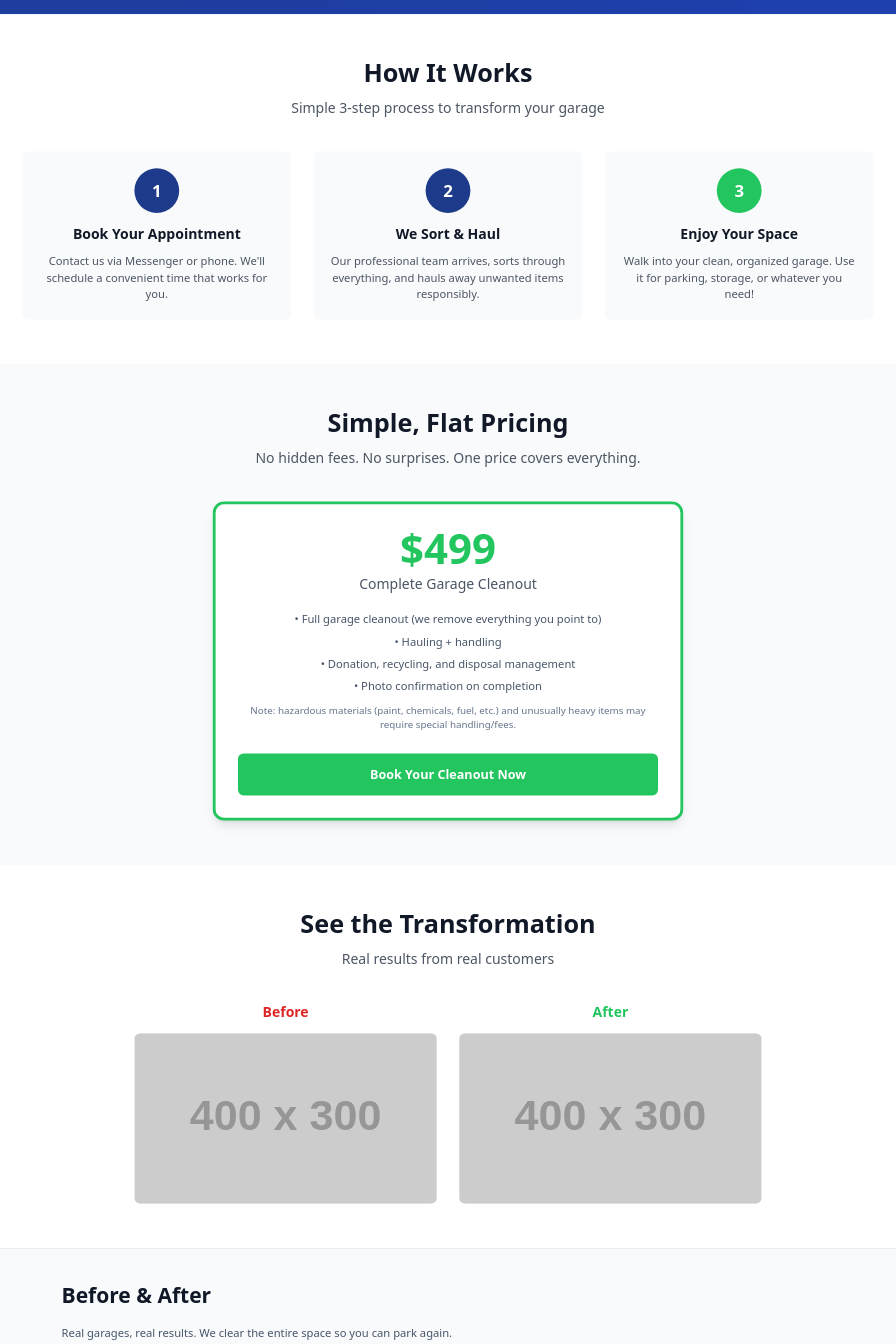
Repository: nikwhite1169/garagegone
Page: index.html
The author's editor kept a copy of each file at every save. The page is drawn from the files as they stood at one save, then again after the next save.
The browser window is 1280 px wide. The pictures show the part of the page from y = 636 to 2556 px (the page is 5133 px tall), at 70% of full size.
Some web libraries are served in a nearby version.

Above is the page before, as saved 2025-09-15 13:45:42.

After the next save:
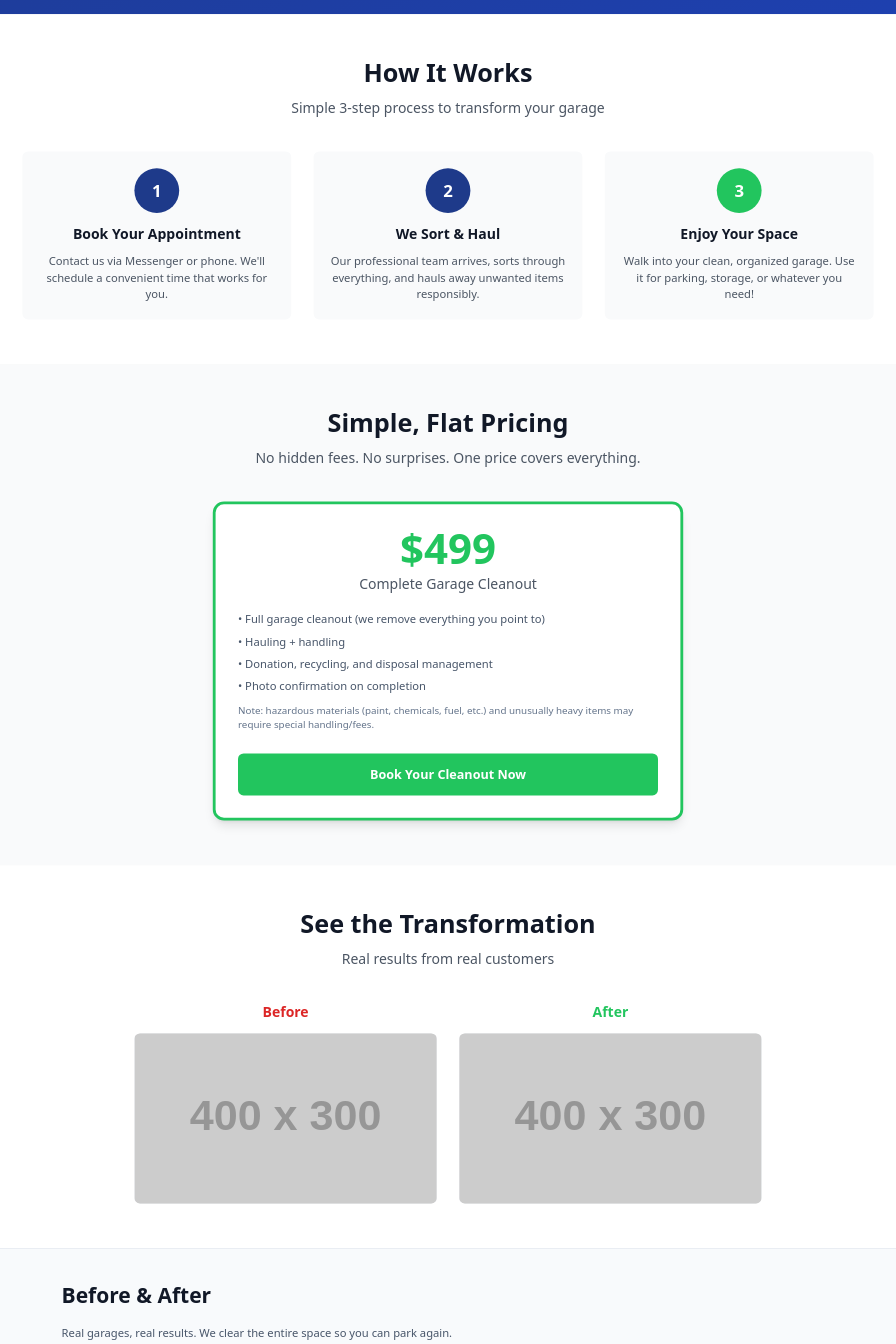
Saved 6 s later.
--- a/index.html
+++ b/index.html
@@ -222,13 +222,13 @@
                         <div class="text-6xl font-bold text-brand-green mb-2">$499</div>
                         <div class="text-xl text-gray-600 mb-6">Complete Garage Cleanout</div>
 
-                        <ul class="mt-3 text-slate-600 space-y-2">
+                        <ul class="mt-3 text-slate-600 space-y-2 text-left">
                           <li>• Full garage cleanout (we remove everything you point to)</li>
                           <li>• Hauling + handling</li>
                           <li>• Donation, recycling, and disposal management</li>
                           <li>• Photo confirmation on completion</li>
                         </ul>
-                        <p class="mt-3 text-sm text-slate-500">Note: hazardous materials (paint, chemicals, fuel, etc.) and unusually heavy items may require special handling/fees.</p>
+                        <p class="mt-3 text-sm text-slate-500 text-left">Note: hazardous materials (paint, chemicals, fuel, etc.) and unusually heavy items may require special handling/fees.</p>
                         <div class="mb-8"></div>
 
                         <a href="https://m.me/parkagain" target="_blank"
